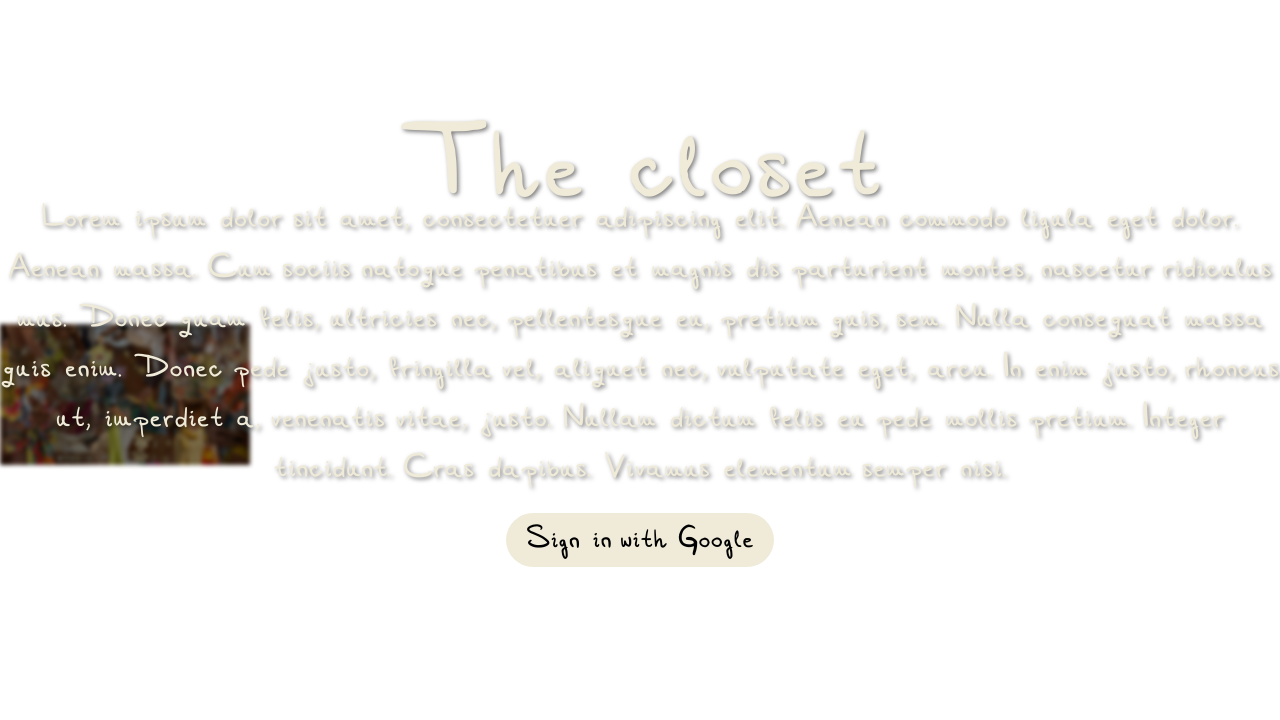
Repository: karla-sikavica/theCloset
Page: / (app in frontend/)
These files come from the project's save history. The page is drawn as it stood at one moment and after the next save; the edit follows.
The browser window is 1280 px wide. The pictures show the whole page.
The project was rebuilt for these pictures with package versions that can differ from the ones it lists, and the page was loaded fresh each time. Also part of the build but not shown: frontend/vite.config.ts.

Above is the page before, as saved 2025-04-01 17:52:13.

### frontend/src/index.css
@font-face {
  font-family: 'Kalla';
  src: url('/fonts/Kalla-Regular.ttf') format('truetype');
  font-weight: 400;
  font-style: normal;
}

:root {
  font-family: 'Kalla', 'Times New Roman', Avenir, Helvetica, Arial, sans-serif;
  line-height: 50px;
  font-weight: 400;
  display: block;


  font-synthesis: none;
  text-rendering: optimizeLegibility;
  -webkit-font-smoothing: antialiased;
  -moz-osx-font-smoothing: grayscale;
}

### frontend/src/App.tsx
import { BrowserRouter as Router, Routes, Route } from "react-router-dom";
import "./App.css";
import Login from "./pages/Login";
import Collage from "./components/ui/Collage";

function App() {
  return (
    <Router>
      <Collage />

      <div className="main-content">
        <Routes>
          <Route path="/" element={<Login></Login>} />
          <Route path="/login" element={<Login />} />
        </Routes>
      </div>
    </Router>
  );
}

export default App;

### frontend/src/App.css
#root {
  max-width: 1280px;
  margin: 0 auto;
  padding: 2rem;
  text-align: center;
}

body {
  color:#f0ebd8  ;
  text-shadow: 2px 2px 4px rgba(0, 0, 0, 0.5);
}

body, html, #root {
  margin: 0;
  padding: 0;
  height: 100%;
  width: 100%;
  overflow: hidden;
}

/* Optional: to make sure your app content appears above the collage */
.main-content {
  z-index: 10;

   position: relative;
  /*pointer-events: auto;
  height: 100%; */
}

/*
body::before {
  content: "";
  position: fixed;
  top: 0;
  left: 0;
  width: 100vh;
  height: 100vw;
  background-image: url("/images/download.jpeg");
  background-repeat: no-repeat;
  background-size: cover;
  background-position: center;
  transform: rotate(270deg) translate(-100vh, 0);
  transform-origin: top left;
  z-index: -1;
}

body::after {
  content: "";
  position: fixed;
  top: 0;
  left: 0;
  width: 100vw;
  height: 100vh;
  /* background: rgba(50, 30, 10, 0.6); */
/*   z-index: -1;
 *//* */

### frontend/src/pages/Login.tsx
import GoogleLogin from "../components/ui/GoogleLogin";
import styles from "./css/Login.module.css";

function Login() {
  return (
    <div className={styles.loginContainer}>
      <h1 className={styles.loginTitle}>The closet</h1>
      <h2 className={styles.loginSubtitle}>
        Lorem ipsum dolor sit amet, consectetuer adipiscing elit. Aenean commodo
        ligula eget dolor. Aenean massa. Cum sociis natoque penatibus et magnis
        dis parturient montes, nascetur ridiculus mus. Donec quam felis,
        ultricies nec, pellentesque eu, pretium quis, sem. Nulla consequat massa
        quis enim. Donec pede justo, fringilla vel, aliquet nec, vulputate eget,
        arcu. In enim justo, rhoncus ut, imperdiet a, venenatis vitae, justo.
        Nullam dictum felis eu pede mollis pretium. Integer tincidunt. Cras
        dapibus. Vivamus elementum semper nisi.
      </h2>
      <div className={styles.googleLoginContainer}>
        <GoogleLogin />
      </div>
    </div>
  );
}

export default Login;

### frontend/src/components/ui/Collage.tsx
import "../css/Collage.css";

type CollageImage = {
  src: string;
  top: string;
  left: string;
  width: string;
  rotate?: string;
  zIndex?: number;
};

const collageConfig: CollageImage[] = [
  {
    src: "/images/collage.jpg",
    top: "45%",
    left: "0%",
    width: "250px",
    rotate: "0deg",
    zIndex: 2,
  },
];

const Collage: React.FC = () => {
  return (
    <div className="collage-background">
      {collageConfig.map((img, index) => (
        <img
          key={index}
          src={img.src}
          alt={`collage-img-${index}`}
          className="collage-img"
          style={{
            top: img.top,
            left: img.left,
            width: img.width,
            transform: `rotate(${img.rotate || "0deg"})`,
            zIndex: img.zIndex || 0,
          }}
        />
      ))}
    </div>
  );
};

export default Collage;

/*
const Collage: React.FC = () => {
  const containerRef = useRef<HTMLDivElement>(null);

  useEffect(() => {
    const container = containerRef.current;
    if (!container) return;

    const imgs = container.querySelectorAll("img");
    imgs.forEach((img) => {
      const x = Math.random() * 100;
      const y = Math.random() * 100;
      const rotate = Math.random() * 20 - 10; // rotate between -10 and +10 degrees
      const z = Math.floor(Math.random() * 10); // random z-index

      img.style.top = `${y}vh`;
      img.style.left = `${x}vw`;
      img.style.transform = `rotate(${rotate}deg)`;
      img.style.zIndex = z.toString();
    });
  }, []);

  return (
    <div className="collage-background" ref={containerRef}>
      {[...Array(imageCount)].map((_, index) => (
        <img
          key={index}
          src={`/images/photo%20(${index + 1}).png`}
          alt={`collage-img-${index}`}
          className="collage-img"
        />
      ))}
    </div>
  );
};

export default Collage; */

### frontend/src/components/ui/GoogleLogin.tsx
// src/components/GoogleLogin.js
import { signInWithPopup } from "firebase/auth";
import { auth, googleProvider } from "../../firebase";
import GoogleButton from "./GoogleButton";

function GoogleLogin() {
  const handleGoogleLogin = async () => {
    try {
      const result = await signInWithPopup(auth, googleProvider);
      const user = result.user;

      const token = await user.getIdToken();
      console.log("✅ Google login successful! Token:", token);

      const res = await fetch("http://localhost:8080/users", {
        method: "POST",
        headers: {
          Authorization: `Bearer ${token}`,
          "Content-Type": "application/json",
        },
        body: JSON.stringify({}), // može biti prazno jer info dolazi iz tokena
      });

      if (!res.ok) {
        const text = await res.text();
        throw new Error(`Backend error: ${res.status} – ${text}`);
      }

      const data = await res.json();
      console.log("Backend response:", data);
    } catch (error: any) {
      console.error("❌ Google login error:", error.message);
    }
  };

  return (
    <div>
      <GoogleButton onClick={handleGoogleLogin}>
        Sign in with Google
      </GoogleButton>{" "}
    </div>
  );
}

export default GoogleLogin;

### frontend/src/pages/css/Login.module.css
/* Centering the login container */
.loginContainer {
    display: flex;
    flex-direction: column;
    align-items: center;
    justify-content: center;
    height: 100vh; /* Full screen height */
    text-align: center;
  }

  /* Main title styling */
  .loginTitle {
    font-size: 200px;
    margin: 0;
    font-weight: bold;
    font-family: 'Kalla', sans-serif;
  }

  /* Subtitle styling */
  .loginSubtitle {
    font-size: 60px;
    margin: 0;
    font-family: 'Kalla', sans-serif;
  }

  /* Google button container */
  .googleLoginContainer {
    margin-top: 20px;
  }

### frontend/src/components/css/Collage.css

  .collage-background {
    position: fixed;
    top: 0;
    left: 0;
    width: 100vw;
    height: 100vh;
    overflow: hidden;
    z-index: 0;
    pointer-events: auto;
  }

  .collage-img {
    position: absolute;
    object-fit: contain;
    filter:  blur(2px) brightness(0.5);
    pointer-events: auto;
    border: none;
  }

  .collage-img:hover {
    filter: grayscale(0%);

     border: 3px solid bisque;
   }

### frontend/src/firebase.ts
import { initializeApp } from "firebase/app";
import { getAuth, GoogleAuthProvider  } from "firebase/auth";

//import { getAnalytics } from "firebase/auth";

const firebaseConfig = {
  apiKey: "AIzaSyAbHQdx6UcrnGOItmjSgqMahJKQc3tssx8",
  authDomain: "thecloset-7ba5e.firebaseapp.com",
  projectId: "thecloset-7ba5e",
  storageBucket: "thecloset-7ba5e.firebasestorage.app",
  messagingSenderId: "77195632073",
  appId: "1:77195632073:web:69fd94b7e825471e71dc18",
  measurementId: "G-8GEFS4DWQG"
};

// Initialize Firebase
const app = initializeApp(firebaseConfig);
export const auth = getAuth(app);
export const googleProvider = new GoogleAuthProvider();


//const analytics = getAnalytics(app);

### frontend/src/components/ui/GoogleButton.tsx
import styles from "../css/GoogleButton.module.css";

interface Props {
  children: React.ReactNode;
  onClick: () => void;
}

const GoogleButton = ({ onClick, children }: Props) => {
  return (
    <button onClick={onClick} className={styles.googleButton}>
      {children}
    </button>
  );
};

export default GoogleButton;

### frontend/src/components/css/GoogleButton.module.css
.googleButton{
    border-radius: 50px;
    padding: 5px 20px;
    background-color: #f0ebd8;
    border: none;
    font-family: 'Kalla', sans-serif;
    font-size: 55px;
    font-weight: 400;

}

.googleButton:hover{
    background-color: #cfcbb9;
}

Loaded but not shown: frontend/index.html (common file); frontend/src/main.tsx (common file)

After the next save:
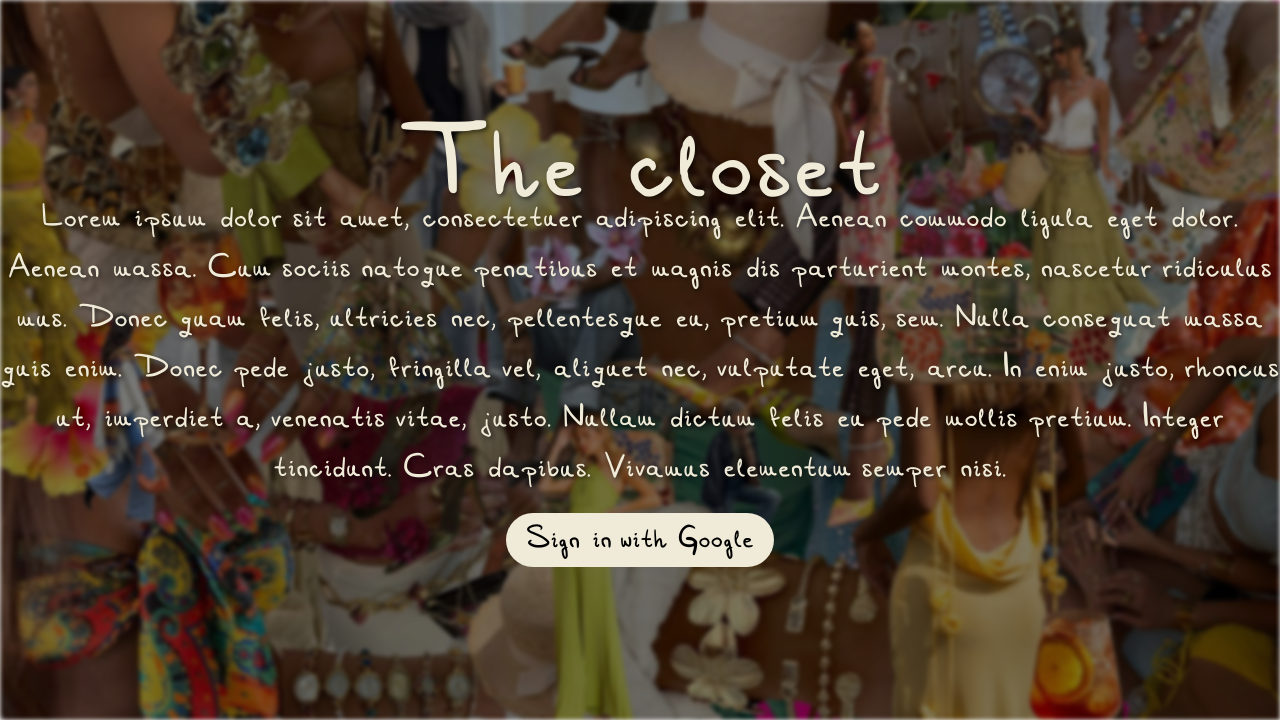
Saved 18 s later.
--- a/frontend/src/components/ui/Collage.tsx
+++ b/frontend/src/components/ui/Collage.tsx
@@ -12,9 +12,9 @@
 const collageConfig: CollageImage[] = [
   {
     src: "/images/collage.jpg",
-    top: "45%",
+    top: "0%",
     left: "0%",
-    width: "250px",
+    width: "100%",
     rotate: "0deg",
     zIndex: 2,
   },

After the save that followed:
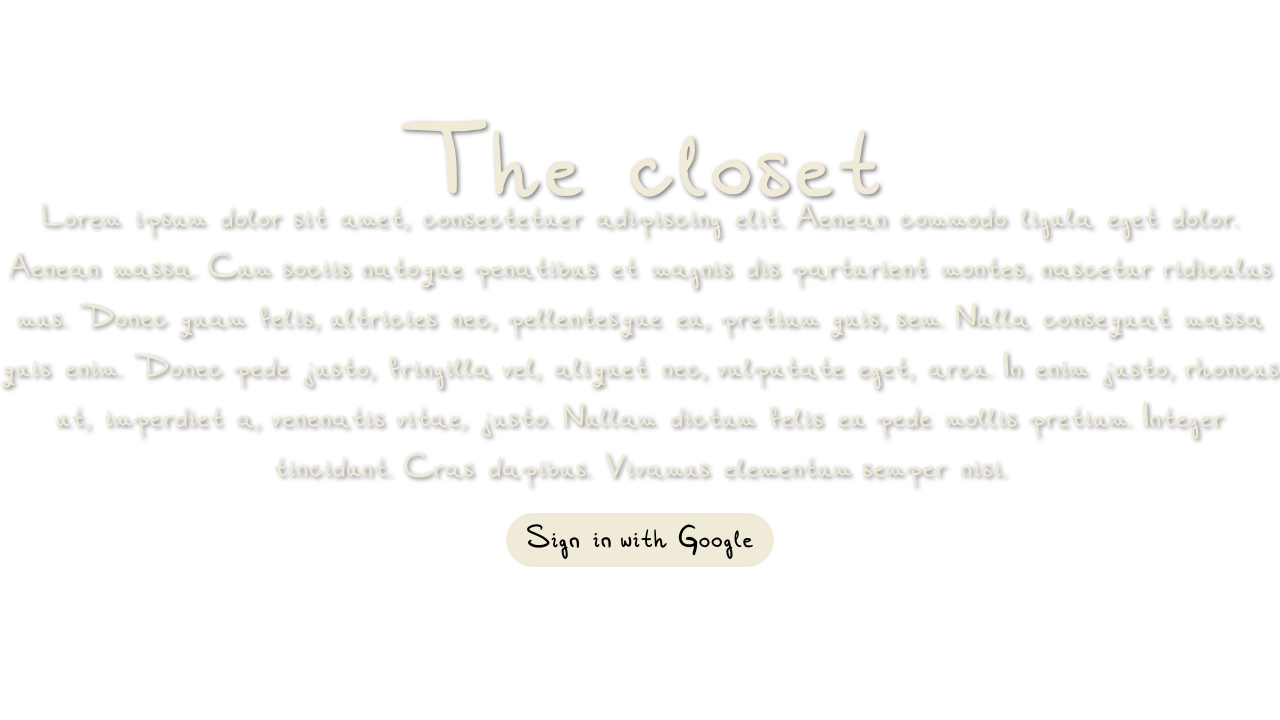
Saved 2 min 36 s later.
--- a/frontend/src/components/ui/Collage.tsx
+++ b/frontend/src/components/ui/Collage.tsx
@@ -1,4 +1,4 @@
-import "../css/Collage.css";
+/* import "../css/Collage.css";
 
 type CollageImage = {
   src: string;
@@ -81,3 +81,11 @@
 };
 
 export default Collage; */
+
+import "../css/Collage.css";
+
+const Collage: React.FC = () => {
+  return <div className="collage-background"></div>;
+};
+
+export default Collage;
